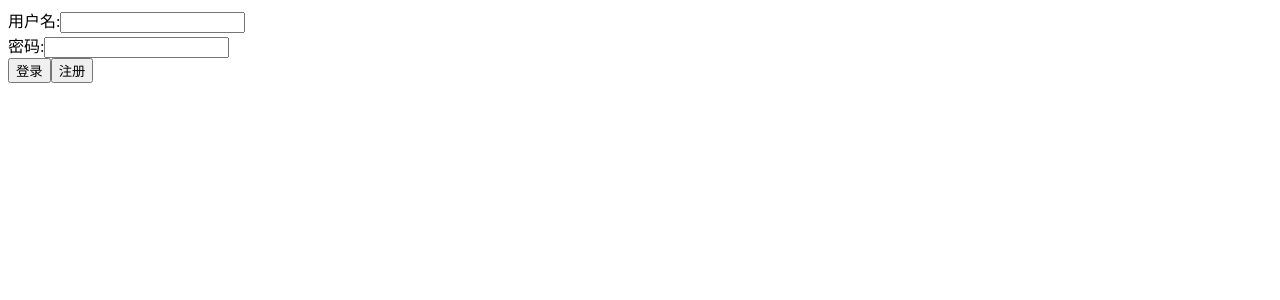
Repository: AAJAAJ/eclipse-workspace
Page: http://localhost/Supermarket/login.jsp
These files come from the project's save history. The page is drawn as it stood at one moment and after the next save; the edit follows.
The browser window is 1280 px wide. The pictures show the whole page.
The page is served by Tomcat 9. Other server files are loaded and not shown.

Above is the page before, as saved 2019-09-25 10:54:08.

### Supermarket/WebContent/login.jsp
<%@ page language="java" contentType="text/html; charset=UTF-8"
    pageEncoding="UTF-8"%>
<!DOCTYPE html>
<html>
<head>
<meta charset="UTF-8">
<title>Insert title here</title>
</head>
<body>
	<form action="show.jsp" method="post">
		<div id="err"><span></span></div>
		用户名:<input type="text" name="username" id="username" />
		<br />
		密码:<input type="text" name="password" id="password" />
		<br />
		<input type="submit" value="登录"/><input type="submit" value="注册"/>
		<br />
		<div id="err"><span></span></div>
	</form>
</body>
</html>

After the next save:
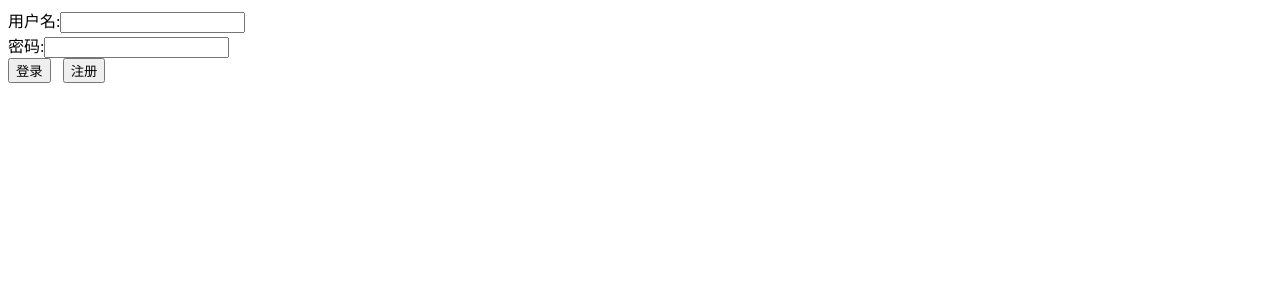
Saved 63 s later.
--- a/Supermarket/WebContent/login.jsp
+++ b/Supermarket/WebContent/login.jsp
@@ -13,7 +13,9 @@
 		<br />
 		密码:<input type="text" name="password" id="password" />
 		<br />
-		<input type="submit" value="登录"/><input type="submit" value="注册"/>
+		<input type="submit" value="登录"/>
+		&nbsp;
+		<input type="submit" value="注册"/>
 		<br />
 		<div id="err"><span></span></div>
 	</form>
